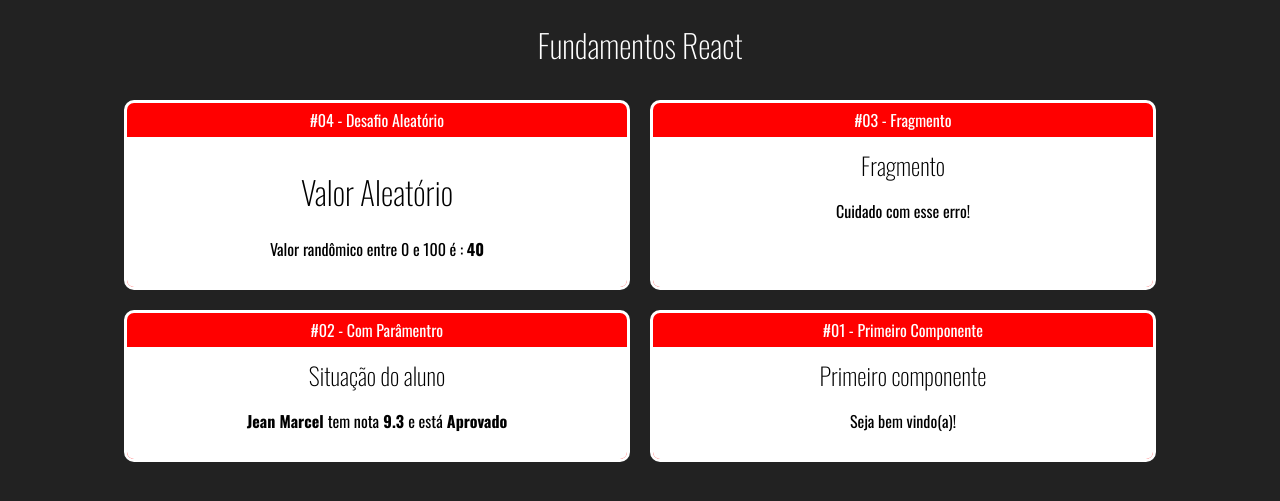
Repository: jean-siqueira/fundamentos-react
Page: /
These files come from the project's save history. The page is drawn as it stood at one moment and after the next save; the edit follows.
The browser window is 1280 px wide. The pictures show the whole page.
The project was rebuilt for these pictures with package versions that can differ from the ones it lists, and the page was loaded fresh each time.

Above is the page before, as saved 2023-03-04 12:32:25.

After the next save:
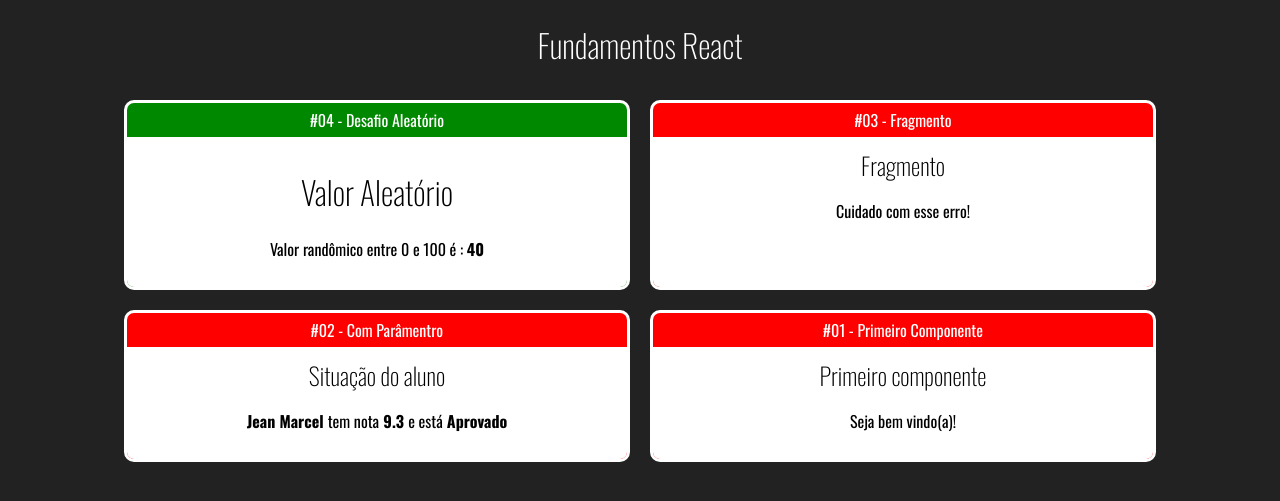
Saved 4 s later.
--- a/src/App.jsx
+++ b/src/App.jsx
@@ -12,7 +12,7 @@ export default (_) => (
     <h1>Fundamentos React</h1>
 
     <div className="Cards">
-      <Card titulo="#04 - Desafio Aleatório">
+      <Card titulo="#04 - Desafio Aleatório" color="#080">
         <Aleatorio min={0} max={100} />
       </Card>
 
